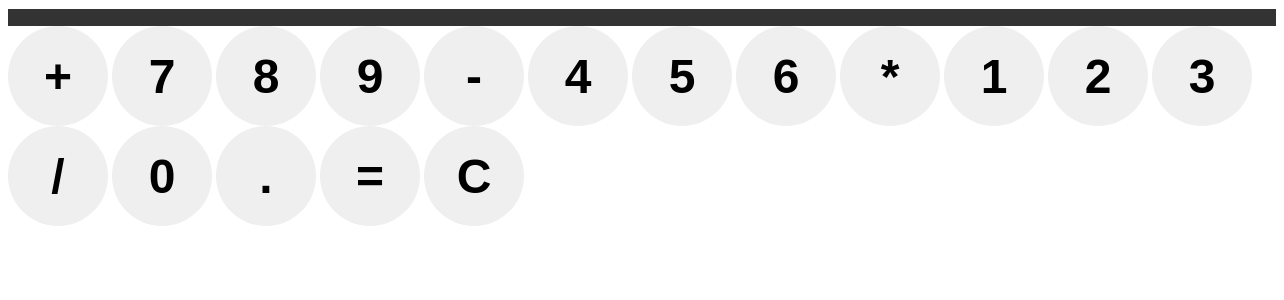
Repository: 23HarveyJi/25-Fall_chillguys
Page: calculator.html
These files come from the project's save history. The page is drawn as it stood at one moment and after a run of saves; the edit follows.
The browser window is 1280 px wide. The page is 1280 px wide, then 1284 px, so the pictures cover 1284 px, including what lies to the right of the window. The pictures show the whole page.

Above is the page before, as saved 2025-10-10 15:04:38.

After the next 10 saves:
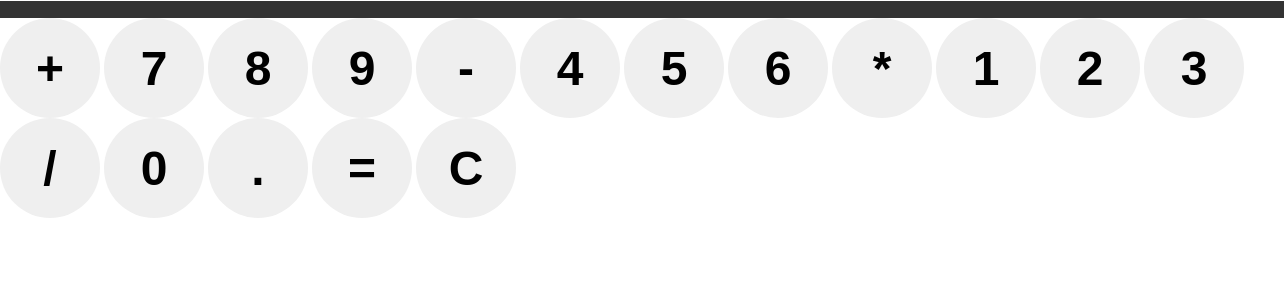
The 10 saves are shown as one change because they came seconds apart.
The last was saved 25 s later.
--- a/calculator.css
+++ b/calculator.css
@@ -1,3 +1,9 @@
+body{
+    margin: 0;
+    display: flex;
+    justify-content: ;
+}
+
 #caculator{
     font-family: Arial, sans-serif;
     background-color: hsl(0,0%,15%);
